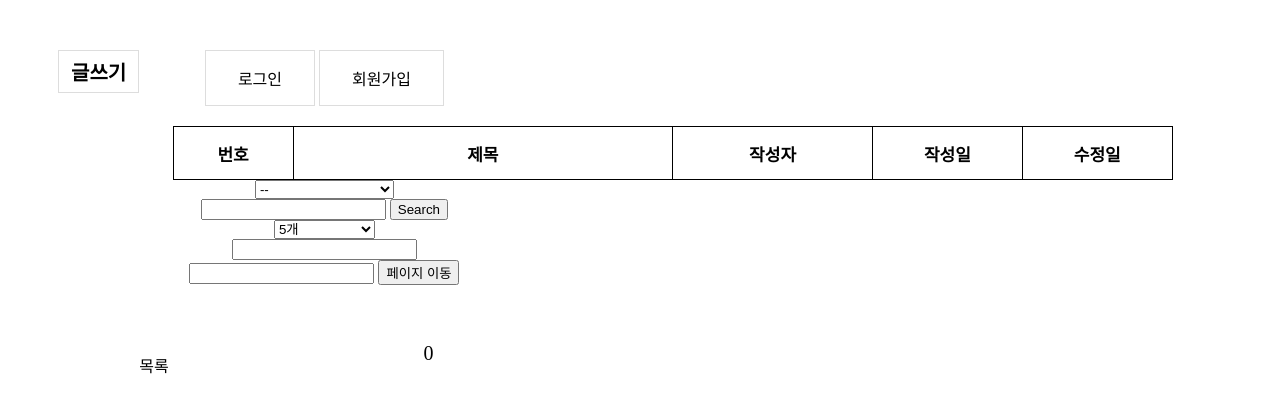
Repository: Shim-YoungDo/gaea-study
Page: http://localhost/study/WEB-INF/views/board/list.jsp
These files come from the project's save history. The page is drawn as it stood at one moment and after a run of saves; the edit follows.
The browser window is 1280 px wide. The pictures show the whole page.
The page is served by Tomcat 9. Nobody is signed in. The template is opened directly, without the code that normally fills it, so the values that code supplies are empty.

Above is the page before, as saved 2021-12-08 05:20:06.

After the next 2 saves:
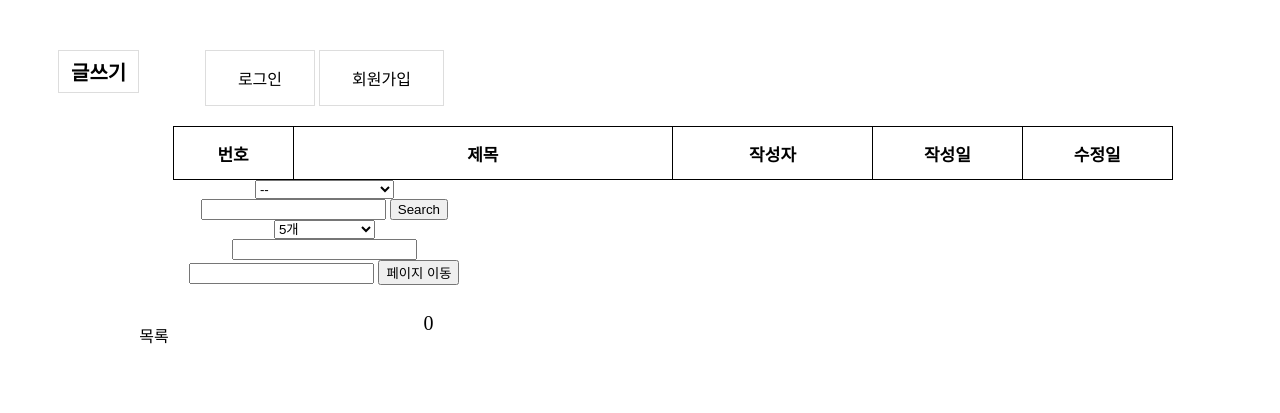
The 2 saves are shown as one change because they came seconds apart.
The last was saved 31 s later.
--- a/study/src/main/webapp/resources/css/board/list.css
+++ b/study/src/main/webapp/resources/css/board/list.css
@@ -45,7 +45,7 @@ a{
   .pageInfo{
       list-style : none;
       display: inline-block;
-    margin: 50px 0 0 150px;
+    margin: 20px 0 0 150px;
   }
   .pageInfo li{
       float: left;
